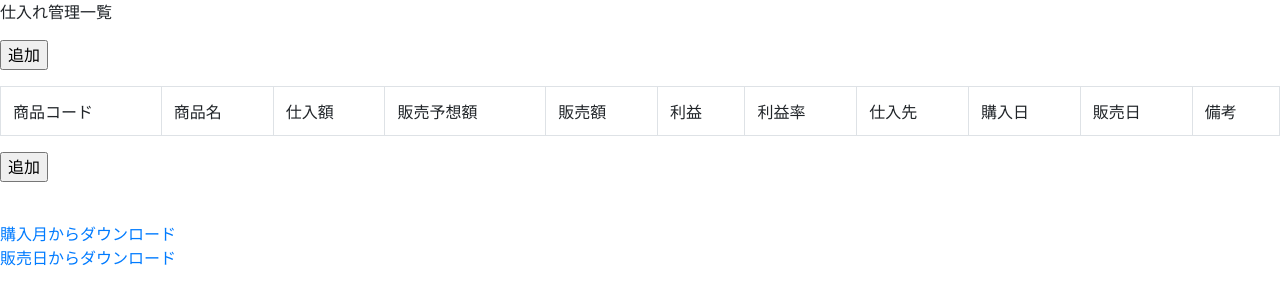
Repository: hayashikazuki/quroud9
Page: http://localhost/hurugi_keisan/product/hurugi_list.php
The author's editor kept a record of every edit. The page is drawn from the files as they stood at one moment, then again after the next edit.
The browser window is 1280 px wide. The pictures show the whole page.
The page is run by PHP 8.4 with error messages shown; the project is at /var/www/html/. Queries for data that is not in the repository find no rows.

Above is the page before.

After the next edit:
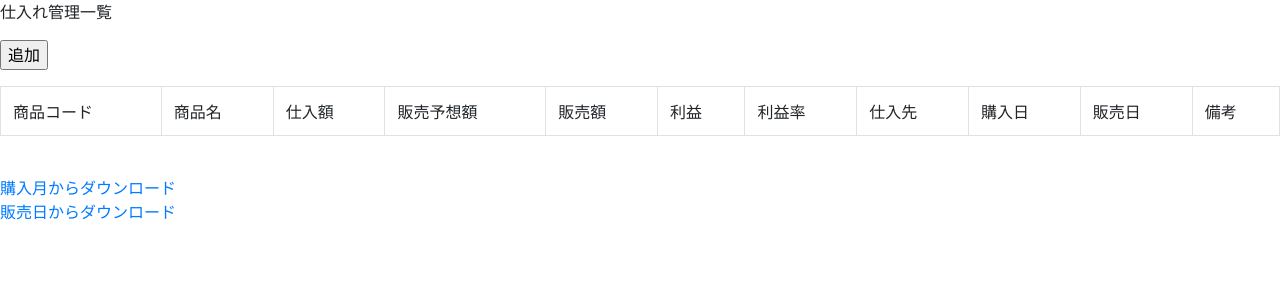
The edit:
--- a/hurugi_keisan/product/hurugi_list.php
+++ b/hurugi_keisan/product/hurugi_list.php
@@ -97,11 +97,6 @@
 
     print '</table>';
 
-    print '<form method="post" action="hurugi_branch.php">';
-    print'<input type="submit" value="追加" name="add">';
-    print '</form>';
-
-
     }
     catch(Exception $e)
     {
